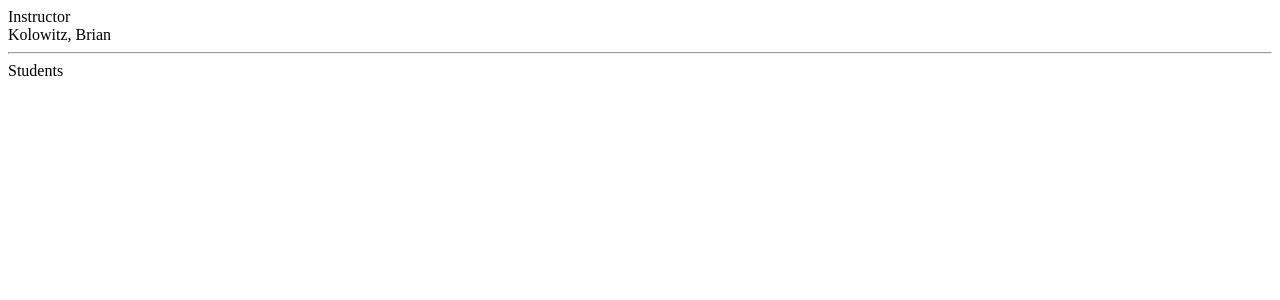
Repository: BrianKolowitz/infsci2560_samples
Page: public_html/week6/jsonjq.html
The author's editor kept a record of every edit. The page is drawn from the files as they stood at one moment, then again after the next edit.
The browser window is 1280 px wide. The pictures show the whole page.
Some web libraries are served in a nearby version.

Above is the page before.

After the next edit:
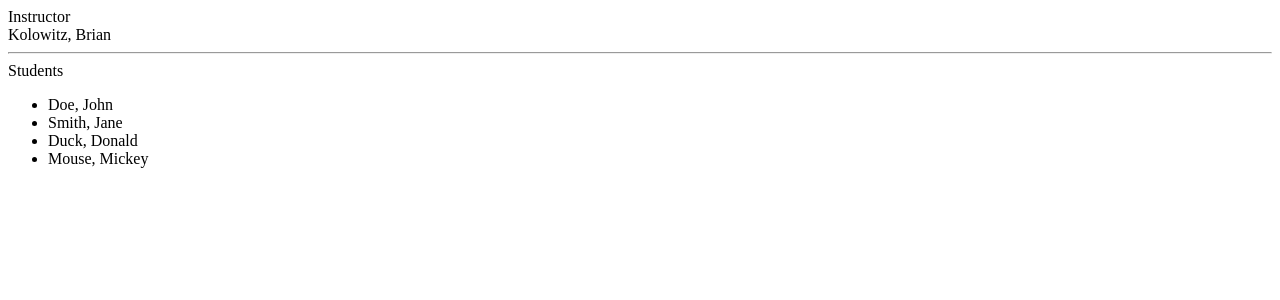
The edit:
--- a/public_html/week6/jsonjq.html
+++ b/public_html/week6/jsonjq.html
@@ -19,8 +19,8 @@
             $(function() {
                 $("#instructor").html(formatName(infsci2560.instructor));
 
-                var $studentList = $("#studentList");
-                $(infsci2560.students).each(function(student){
+                var $studentList = $("#students");
+                $(infsci2560.students).each(function(index, student){
                     $studentList.append("<li>" + formatName(student) + "</li>");
                 });
 
